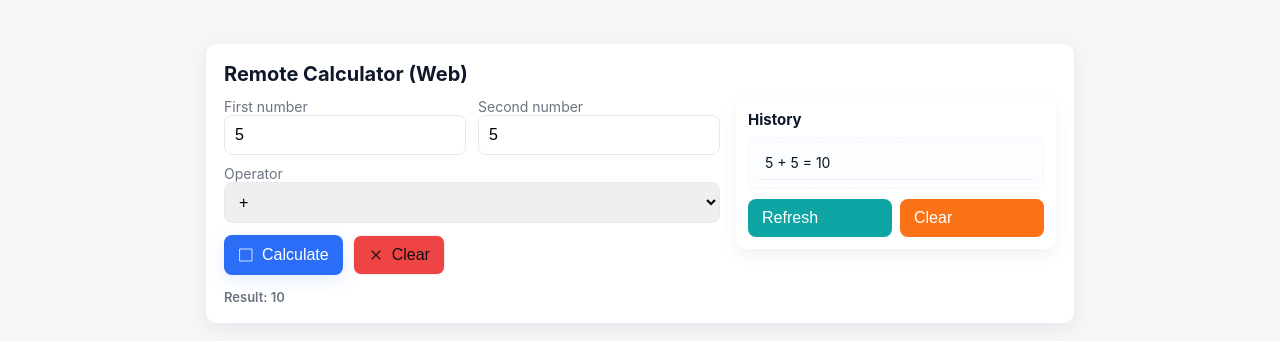
Repository: Sakib2405/PSTU_Academic
Page: http://localhost/
An editor plug-in stored every save of this project. The page is shown before and after the next save, followed by the edit.
The browser window is 1280 px wide. The pictures show the whole page.
Empty fields were first filled with sample values (such as "Sample", 5 or name@example.com).
After loading, the first visible `#calcForm` was submitted once.
The page is served by the project's application, run on Flask 3 (web_server.py).

Above is the page before, as saved 2025-11-22 00:39:23.

### 5th Semister/CCE-313,314(Networking)/Sessional/pronad1_Academic_PSTU_CSE_main_5th_Semester_ma'am_assignment_Socket/Remote Calculator/templates/index.html
<!doctype html>
<html lang="en">
  <head>
    <meta charset="utf-8" />
    <meta name="viewport" content="width=device-width, initial-scale=1" />
    <title>Remote Calculator</title>
    <style>
      :root{ --bg:#f4f6f8; --card:#fff; --accent:#2b6df6; --muted:#6b7280; --success:#10b981; --danger:#ef4444 }
      *{box-sizing:border-box}
      body{font-family:Inter,Segoe UI,Arial;margin:0;background:var(--bg);color:#0f172a}
      .container{max-width:900px;margin:28px auto;padding:16px}
      .card{background:var(--card);border-radius:10px;padding:18px;box-shadow:0 6px 18px rgba(12,20,40,.06)}
      h1{margin:0 0 12px;font-size:20px}
      .layout{display:flex;gap:16px;align-items:flex-start}
      @media(max-width:720px){.layout{flex-direction:column}}
      form{flex:1}
      label{display:block;margin-bottom:10px;font-size:14px;color:var(--muted)}
      input[type=number], select{width:100%;padding:10px;border-radius:8px;border:1px solid #e6e9ef;font-size:16px}
      .row{display:flex;gap:12px}
      .row > *{flex:1}
      button{background:var(--accent);color:#fff;border:0;padding:10px 14px;border-radius:8px;font-size:16px;cursor:pointer;display:inline-flex;align-items:center;gap:8px}
      .btn-primary{background:var(--accent);box-shadow:0 6px 18px rgba(43,109,246,.12);transition:transform .14s ease,box-shadow .14s ease}
      .btn-primary:hover{transform:translateY(-3px);box-shadow:0 10px 26px rgba(43,109,246,.14)}
      .btn-ghost{background:#fff;color:#111;border:1px solid #fdecea}
      .btn-ghost:hover{transform:translateY(-2px)}
      .icon{width:18px;height:18px}
      #result{margin-top:14px;font-weight:600}
      .history{width:320px}
      .history h3{margin:0 0 8px;font-size:15px}
      .history-list{max-height:320px;overflow:auto;padding:8px;border-radius:8px;border:1px dashed #eef2ff;background:#fbfdff}
      .history-item{padding:8px;border-bottom:1px solid #eef2f6;font-size:14px;color:#0b1220;opacity:0;transform:translateY(6px);animation:fadeUp .28s ease forwards}
      @keyframes fadeUp{to{opacity:1;transform:none}}
      .result-badge{display:inline-flex;align-items:center;gap:8px;padding:6px 10px;border-radius:999px;background:rgba(43,109,246,0.08);color:var(--accent);font-weight:600}
      .result-badge.error{background:rgba(239,68,68,0.08);color:var(--danger)}
      .icon{width:16px;height:16px;display:inline-block}
      .pulse{animation:pulse 900ms ease}
      @keyframes pulse{0%{transform:scale(.98);opacity:.9}50%{transform:scale(1.03);opacity:1}100%{transform:none;opacity:1}}
      .controls{display:flex;gap:8px;margin-top:10px}
      .muted{color:var(--muted);font-size:13px}
      .error{color:var(--danger)}
    </style>
  </head>
  <body>
    <div class="container">
      <div class="card">
        <h1>Remote Calculator (Web)</h1>
        <div class="layout">
          <form id="calcForm" class="form" autocomplete="off">
            <div class="row">
              <label>
                First number
                <input id="num1" name="num1" type="number" required />
              </label>
              <label>
                Second number
                <input id="num2" name="num2" type="number" required />
              </label>
            </div>

            <label>
              Operator
              <select id="operator" name="operator">
                <option value="+">+</option>
                <option value="-">-</option>
                <option value="*">*</option>
                <option value="/">/</option>
                <option value="%">%</option>
              </select>
            </label>

            <div style="margin-top:12px;display:flex;gap:10px">
              <button type="submit" class="btn-primary">
                <svg class="icon" viewBox="0 0 24 24" fill="none" xmlns="http://www.w3.org/2000/svg"><path d="M3 3h18v18H3z" stroke="currentColor" stroke-width="1.2" stroke-linecap="round" stroke-linejoin="round"/></svg>
                Calculate
              </button>
              <button type="button" id="clearButton" style="background:#ef4444" class="btn-ghost">
                <svg class="icon" viewBox="0 0 24 24" fill="none" xmlns="http://www.w3.org/2000/svg"><path d="M6 6l12 12M18 6L6 18" stroke="currentColor" stroke-width="1.6" stroke-linecap="round" stroke-linejoin="round"/></svg>
                Clear
              </button>
            </div>

            <div id="result" class="muted">Result: <span id="value">—</span></div>
          </form>

          <aside class="history card" style="padding:12px">
            <h3>History</h3>
            <div class="history-list" id="historyList">
              <div class="muted">No calculations yet.</div>
            </div>
            <div class="controls">
              <button id="refreshHistory" style="flex:1;background:#0ea5a4">Refresh</button>
              <button id="clearHistory" style="flex:1;background:#f97316">Clear</button>
            </div>
          </aside>
        </div>
      </div>
    </div>

    <script src="/static/main.js"></script>
  </body>
</html>

### 5th Semister/CCE-313,314(Networking)/Sessional/pronad1_Academic_PSTU_CSE_main_5th_Semester_ma'am_assignment_Socket/Remote Calculator/web_server.py
from flask import Flask, request, jsonify, render_template, session

app = Flask(__name__)
app.secret_key = 'replace-this-with-a-secure-random-key'


def calculate(num1, operator, num2):
    """Return (ok: bool, value_or_error).

    ok True -> numeric result (int/float).
    ok False -> error string.
    """
    # Basic presence check
    if num1 is None or num2 is None or operator is None:
        return False, 'Missing input(s)'

    try:
        a = int(num1)
        b = int(num2)
    except (ValueError, TypeError):
        return False, 'Invalid integer input'

    if operator == '+':
        return True, a + b
    elif operator == '-':
        return True, a - b
    elif operator == '*':
        return True, a * b
    elif operator == '/':
        if b == 0:
            return False, 'Division by zero'
        return True, a / b
    elif operator == '%':
        if b == 0:
            return False, 'Division by zero'
        return True, a % b
    else:
        return False, 'Invalid operator'


@app.route('/')
def index():
    return render_template('index.html')


@app.route('/api/calc', methods=['POST'])
def api_calc():
    data = request.get_json() or request.form
    num1 = data.get('num1')
    operator = data.get('operator')
    num2 = data.get('num2')

    ok, value = calculate(num1, operator, num2)

    # Save to session history (simple list of strings). Record both successes and failures.
    history = session.get('history', [])
    if ok:
        entry = f"{num1} {operator} {num2} = {value}"
    else:
        entry = f"{num1} {operator} {num2} -> ERROR: {value}"
    history.insert(0, entry)
    session['history'] = history[:20]
    session.modified = True

    if ok:
        return jsonify({'ok': True, 'result': value, 'history': session['history']})
    else:
        return jsonify({'ok': False, 'error': value, 'history': session['history']})


@app.route('/api/history', methods=['GET'])
def api_history():
    return jsonify({'history': session.get('history', [])})


@app.route('/api/history/clear', methods=['POST'])
def api_history_clear():
    session['history'] = []
    session.modified = True
    return jsonify({'ok': True, 'history': []})


if __name__ == '__main__':
    app.run(host='127.0.0.1', port=5000, debug=True)

### 5th Semister/CCE-313,314(Networking)/Sessional/pronad1_Academic_PSTU_CSE_main_5th_Semester_ma'am_assignment_Socket/Remote Calculator/static/main.js
document.addEventListener('DOMContentLoaded', () => {
  const form = document.getElementById('calcForm');
  const valueEl = document.getElementById('value');
  const historyList = document.getElementById('historyList');
  const clearHistoryBtn = document.getElementById('clearHistory');
  const refreshHistoryBtn = document.getElementById('refreshHistory');
  const clearBtn = document.getElementById('clearButton');

  form.addEventListener('submit', async (e) => {
    e.preventDefault();
    const num1 = document.getElementById('num1').value;
    const operator = document.getElementById('operator').value;
    const num2 = document.getElementById('num2').value;

    // Client-side validation
    const validOperators = ['+','-','*','/','%'];
    if(num1 === '' || num2 === ''){
      showError('Please enter both numbers');
      return;
    }
    if(!validOperators.includes(operator)){
      showError('Invalid operator selected');
      return;
    }
    if((operator === '/' || operator === '%') && Number(num2) === 0){
      showError('Cannot divide by zero');
      return;
    }

    valueEl.textContent = 'Calculating…';
    valueEl.parentElement.classList.remove('error');

    try {
      const res = await fetch('/api/calc', {
        method: 'POST',
        headers: { 'Content-Type': 'application/json' },
        body: JSON.stringify({ num1, operator, num2 })
      });

      const data = await res.json();
      if(data.ok){
        showResult(data.result);
      } else {
        showError(data.error || 'Server error');
      }
      renderHistory(data.history || []);
    } catch (err) {
      showError('Network error');
    }
  });

  clearBtn.addEventListener('click', () => {
    document.getElementById('num1').value = '';
    document.getElementById('num2').value = '';
    valueEl.textContent = '—';
  });

  refreshHistoryBtn.addEventListener('click', fetchHistory);
  clearHistoryBtn.addEventListener('click', async () => {
    await fetch('/api/history/clear', { method: 'POST' });
    renderHistory([]);
  });

  async function fetchHistory(){
    try{
      const r = await fetch('/api/history');
      const j = await r.json();
      renderHistory(j.history || []);
    }catch(e){ console.warn(e) }
  }

  function renderHistory(list){
    historyList.innerHTML = '';
    if(!list || list.length === 0){
      historyList.innerHTML = '<div class="muted">No calculations yet.</div>';
      return;
    }
    for(const item of list){
      const div = document.createElement('div');
      div.className = 'history-item';
      div.textContent = item;
      historyList.appendChild(div);
    }
  }

  function showResult(value){
    valueEl.textContent = value;
    // add success badge style + animation
    const parent = valueEl.parentElement;
    parent.classList.remove('error');
    parent.classList.add('pulse');
    setTimeout(()=> parent.classList.remove('pulse'), 950);
  }

  function showError(msg){
    valueEl.textContent = msg;
    const parent = valueEl.parentElement;
    parent.classList.add('error');
    parent.classList.remove('pulse');
  }

  // load initial history
  fetchHistory();
});

After the next save:
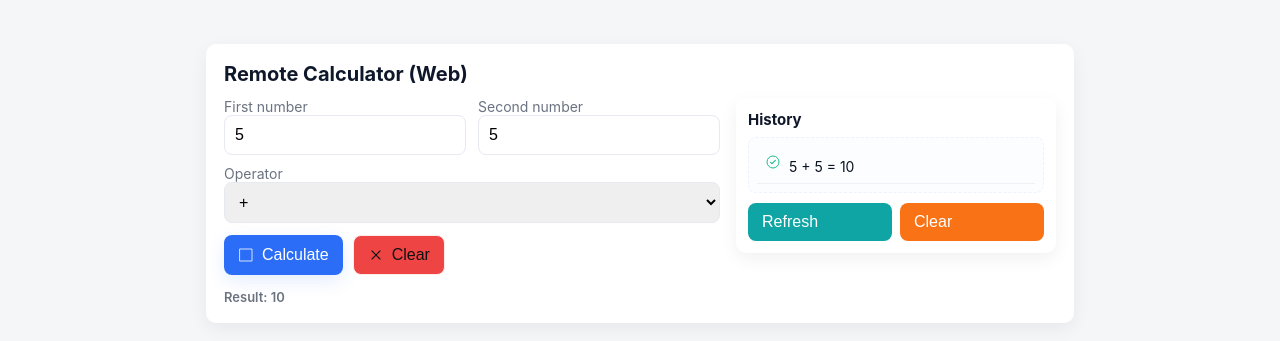
Saved 14 s later.
--- a/5th Semister/CCE-313,314(Networking)/Sessional/pronad1_Academic_PSTU_CSE_main_5th_Semester_ma'am_assignment_Socket/Remote Calculator/static/main.js
+++ b/5th Semister/CCE-313,314(Networking)/Sessional/pronad1_Academic_PSTU_CSE_main_5th_Semester_ma'am_assignment_Socket/Remote Calculator/static/main.js
@@ -78,9 +78,24 @@ document.addEventListener('DOMContentLoaded', () => {
     for(const item of list){
       const div = document.createElement('div');
       div.className = 'history-item';
-      div.textContent = item;
+      // choose icon based on success or error
+      const isError = /ERROR:/i.test(item);
+      const icon = isError ? errorSVG() : checkSVG();
+      div.innerHTML = `${icon}<div style="display:inline-block;vertical-align:middle;margin-left:8px">${escapeHtml(item)}</div>`;
       historyList.appendChild(div);
     }
+  }
+
+  function escapeHtml(s){
+    return String(s).replace(/&/g,'&amp;').replace(/</g,'&lt;').replace(/>/g,'&gt;');
+  }
+
+  function checkSVG(){
+    return `<svg class="icon" viewBox="0 0 24 24" fill="none" xmlns="http://www.w3.org/2000/svg"><circle cx="12" cy="12" r="9" stroke="#10B981" stroke-width="1.4"/><path d="M8.5 12.5l2 2 5-5" stroke="#10B981" stroke-width="1.6" stroke-linecap="round" stroke-linejoin="round"/></svg>`;
+  }
+
+  function errorSVG(){
+    return `<svg class="icon" viewBox="0 0 24 24" fill="none" xmlns="http://www.w3.org/2000/svg"><circle cx="12" cy="12" r="9" stroke="#EF4444" stroke-width="1.4"/><path d="M12 8v5" stroke="#EF4444" stroke-width="1.6" stroke-linecap="round"/><path d="M12 16h.01" stroke="#EF4444" stroke-width="1.6" stroke-linecap="round"/></svg>`;
   }
 
   function showResult(value){
